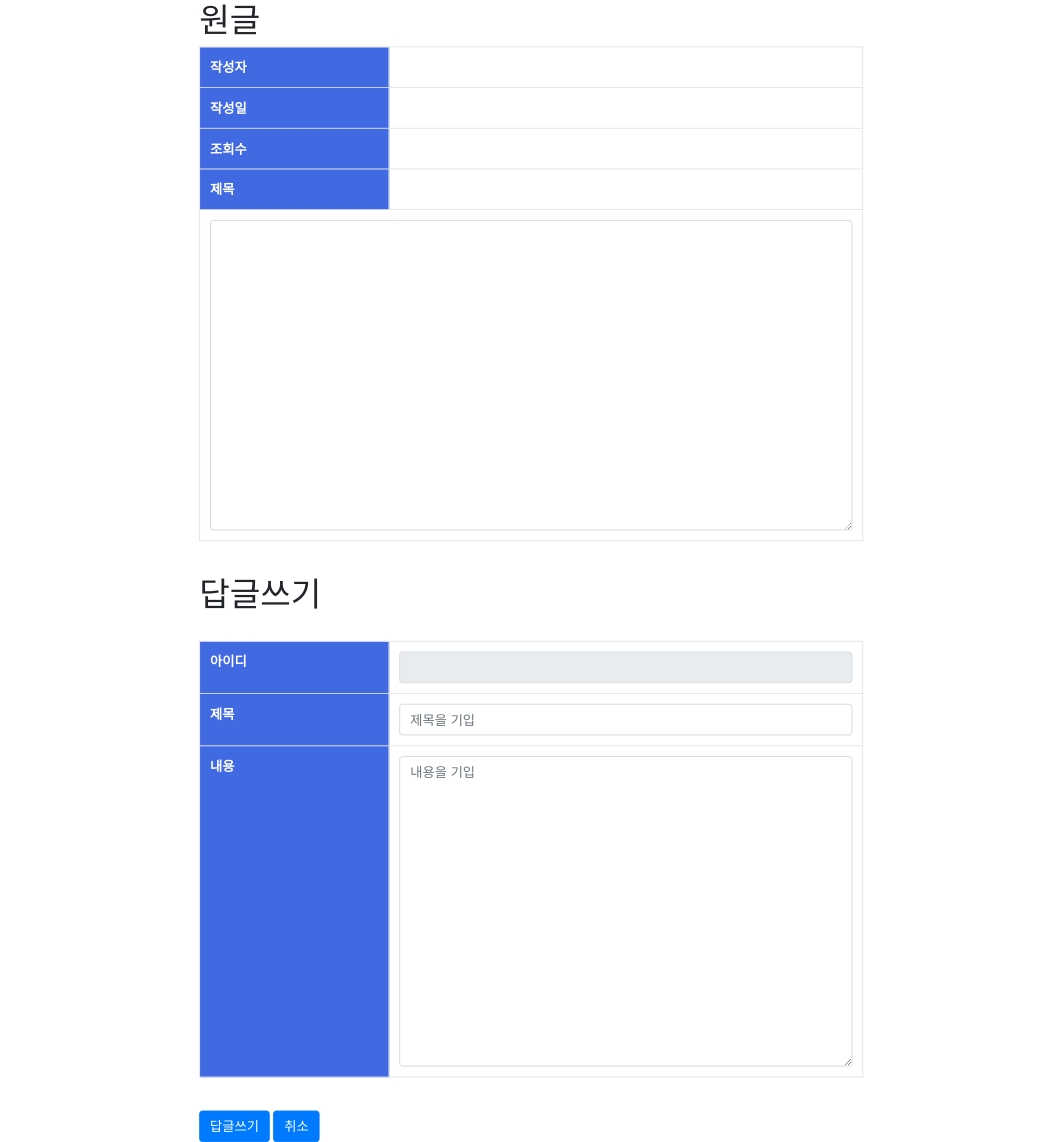
Repository: suhong99/SpringBootFront
Page: FrontSample/src/main/webapp/bbsanswer.html
The author's editor kept a copy of each file at every save. The page is drawn from the files as they stood at one save, then again after the next save.
The browser window is 1280 px wide. The pictures show the whole page, at 83% of full size.

Above is the page before, as saved 2023-08-04 06:23:12.
Console error: TypeError: Cannot read properties of null (reading 'id')

After the next save:
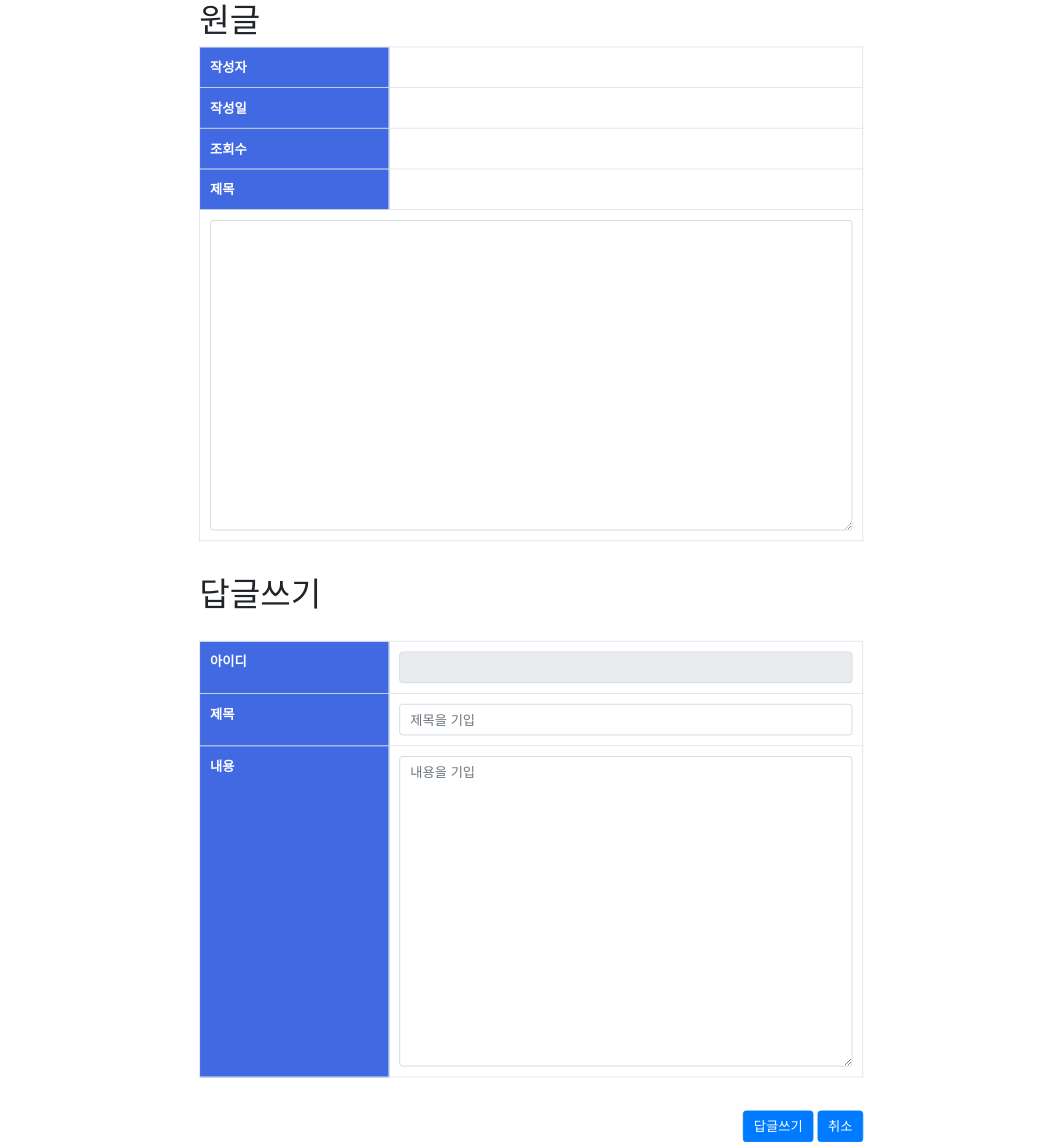
Saved 38 s later.
--- a/FrontSample/src/main/webapp/bbsanswer.html
+++ b/FrontSample/src/main/webapp/bbsanswer.html
@@ -92,9 +92,11 @@ cols="15" class="form-control" id="content" ></textarea>
 
 </table>
 <br>
+<div align="right">
+
 <button type="button" class="btn btn-primary" id="bbswrite">답글쓰기</button>
 <button type="button" class="btn btn-primary" id="cancleButton">취소</button>
-
+</div>
 </div>
 
 <script type="text/javascript">
